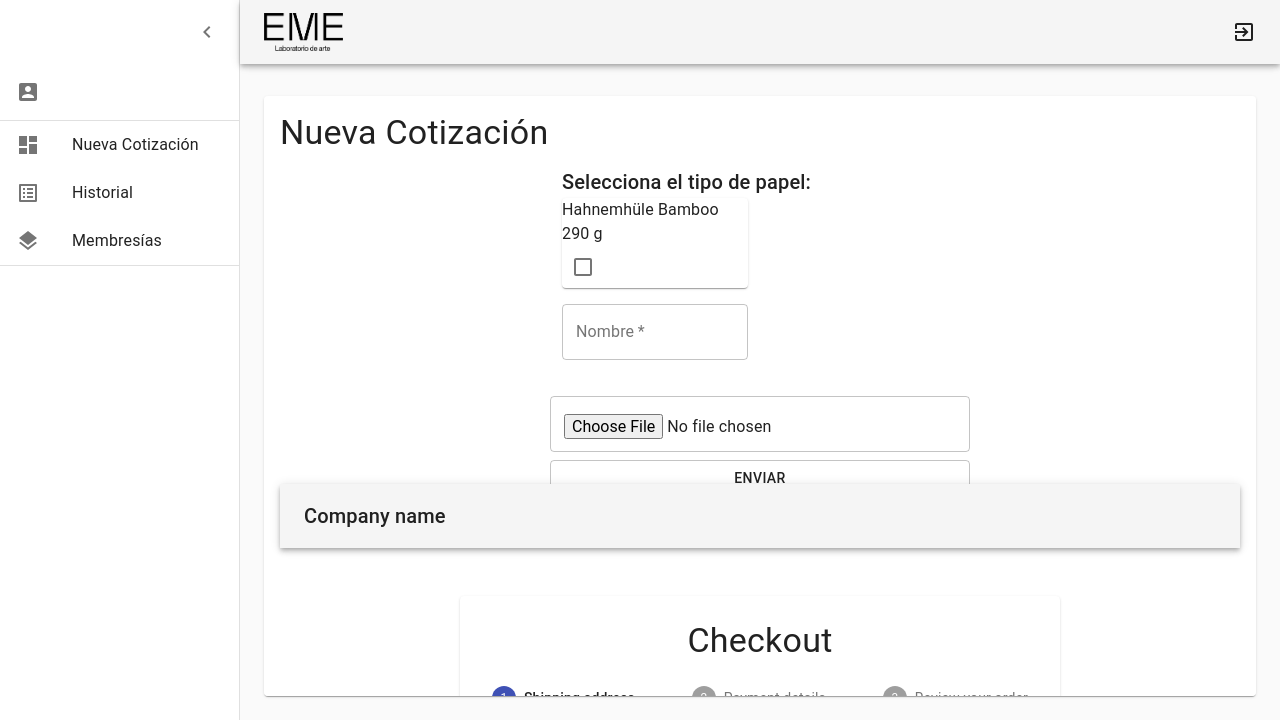
Repository: BrendaCarranco/eme-lab
Page: /Trabajo
These files come from the project's save history. The page is drawn as it stood at one moment and after the next save; the edit follows.
The browser window is 1280 px wide. The pictures show the whole page.
An inner scrolling area shows only its first screen. Some web libraries are served in a nearby version. The project was rebuilt for these pictures with package versions that can differ from the ones it lists, and the page was loaded fresh each time. Also part of the build but not shown: src/components/buildingPage/Building.js, src/temaConfig.js, src/components/buildingPage/Landing.js, src/components/login/Reset.js, src/components/Dashboard/Historial.js, src/components/Dashboard/Membresias.js, src/components/Dashboard/SizeForm.js, src/components/Dashboard/Review.js and 6 more.

Above is the page before, as saved 2020-08-30 19:30:48.

### public/index.html
<!DOCTYPE html>
<html lang="en">

<head>
  <meta charset="utf-8" />

  <meta name="viewport" content="width=device-width, initial-scale=1" />
  <meta name="theme-color" content="#000000" />
  <meta name="description" content="Web site created using create-react-app" />
  <link rel="icon" type="image/png" href="/eme-icon.png">


  </style>

  <!--
      manifest.json provides metadata used when your web app is installed on a
      user's mobile device or desktop. See https://developers.google.com/web/fundamentals/web-app-manifest/
    -->
  <link rel="manifest" href="%PUBLIC_URL%/manifest.json" />
  <!-- CSS only -->
  <link rel="stylesheet" href="https://stackpath.bootstrapcdn.com/bootstrap/4.5.2/css/bootstrap.min.css"
    integrity="sha384-JcKb8q3iqJ61gNV9KGb8thSsNjpSL0n8PARn9HuZOnIxN0hoP+VmmDGMN5t9UJ0Z" crossorigin="anonymous">

  <!--
      Notice the use of %PUBLIC_URL% in the tags above.
      It will be replaced with the URL of the `public` folder during the build.
      Only files inside the `public` folder can be referenced from the HTML.

      Unlike "/favicon.ico" or "favicon.ico", "%PUBLIC_URL%/favicon.ico" will
      work correctly both with client-side routing and a non-root public URL.
      Learn how to configure a non-root public URL by running `npm run build`.
    -->
  <title>EME Laboratorio de arte</title>
</head>

<body>
  <noscript>You need to enable JavaScript to run this app.</noscript>
  <div id="root"></div>
  <!--
      This HTML file is a template.
      If you open it directly in the browser, you will see an empty page.

      You can add webfonts, meta tags, or analytics to this file.
      The build step will place the bundled scripts into the <body> tag.

      To begin the development, run `npm start` or `yarn start`.
      To create a production bundle, use `npm run build` or `yarn build`.
    -->
  <!-- Compiled and minified JavaScript -->

  <script src="https://code.jquery.com/jquery-3.2.1.slim.min.js"
    integrity="sha384-KJ3o2DKtIkvYIK3UENzmM7KCkRr/rE9/Qpg6aAZGJwFDMVNA/GpGFF93hXpG5KkN"
    crossorigin="anonymous"></script>
  <script src="https://cdnjs.cloudflare.com/ajax/libs/popper.js/1.12.9/umd/popper.min.js"
    integrity="sha384-ApNbgh9B+Y1QKtv3Rn7W3mgPxhU9K/ScQsAP7hUibX39j7fakFPskvXusvfa0b4Q"
    crossorigin="anonymous"></script>
  <script src="https://maxcdn.bootstrapcdn.com/bootstrap/4.0.0/js/bootstrap.min.js"
    integrity="sha384-JZR6Spejh4U02d8jOt6vLEHfe/JQGiRRSQQxSfFWpi1MquVdAyjUar5+76PVCmYl"
    crossorigin="anonymous"></script>
</body>

</html>

### src/App.js
import React, { useEffect, useState, useContext } from 'react';
import { BrowserRouter, Switch, Route } from 'react-router-dom';
import { firebase } from './firebase';
import Building from './components/buildingPage/Building';
import Landing from './components/buildingPage/Landing';
import Reset from './components/login/Reset';
import Dashboard from './components/Dashboard/Dashboard';
import SignInSide from './components/login/SignInSide';
import Admin from './components/admin/Admin';

import { UserContext } from './context/UserProvider';
import NoMember from './components/Dashboard/NoMember';

function App() {

  const [firebaseUser, setFirebaseUser] = useState(null);
  const [fbName, setFbName] = useState('');
  const [fbMail, setFbMail] = useState('');
  const [usersFiles, setUsersFiles] = useState([]);


  const { userProvider } = useContext(UserContext);


  //Observador
  useEffect(() => {
    firebase.auth().onAuthStateChanged(user => {
      console.log(user);
      if (user) {
        setFbName(user.displayName);
        setFbMail(user.email);
        setFirebaseUser(user);
      } else {
        setFirebaseUser(null);
        return;
      }
    });
  }, [firebaseUser]);

  return (
    <BrowserRouter>
      <Switch>
        <Route exact path='/'>
          <Landing />
        </Route>
        {/*
        <Route path='/admin'>
          <Admin usersFiles={usersFiles} />
        </Route> */}

        <Route path='/dashboard'>

          {
            userProvider.role === 'Admin' && <Admin usersFiles={usersFiles} />
          }
          {
            userProvider.role === 'Miembro' && <Dashboard firebaseUser={firebaseUser} setUsersFiles={setUsersFiles} usersFiles={usersFiles} fbMail={fbMail} />
          }
          {
            userProvider.role === 'Invitado' && <NoMember />
          }



        </Route>

        <Route path='/signin'>
          <SignInSide />
        </Route>

        <Route path='/Admin'>
          <Admin />
        </Route>

        <Route path='/Trabajo'>
          <Dashboard />
        </Route>



      </Switch>
    </BrowserRouter>
  );
}

export default App;

### src/context/UserProvider.js
import React, { createContext, useEffect } from 'react';
import { useState } from 'react';
import { firebase } from '../firebase';

export const UserContext = createContext();

const UserProvider = (props) => {

    const dataInitialUser = {
        email: null,
        uid: null,
        role: 'Invitado',
        displayName: null
    };

    const [userProvider, setUserProvider] = useState(dataInitialUser);


    useEffect(() => {
        detectUser();
    }, []);

    const detectUser = () => {
        firebase.auth().onAuthStateChanged(user => {
            if (user) {
                console.log(user, 'user provider');
                user.getIdTokenResult()
                    .then(idTokenResult => {
                        console.log(idTokenResult, 'token');
                        if (!!idTokenResult.claims.Admin) {
                            console.log('es admin');
                            setUserProvider({
                                email: user.email,
                                uid: user.uid,
                                displayName: user.displayName,
                                role: 'Admin'

                            });
                        } else if (!!idTokenResult.claims.Member) {
                            console.log('es miembro');
                            setUserProvider({
                                email: user.email,
                                uid: user.uid,
                                displayName: user.displayName,
                                role: 'Miembro'
                            });
                        } else {
                            console.log('es invitado');
                            setUserProvider({
                                email: user.email,
                                uid: user.uid,
                                displayName: user.displayName,
                                role: 'Invitado'

                            });
                        }
                    }
                    );

            } else {
                console.log(user, 'user provider null');
            }
        });
    };

    const userRegister = async (email, password, name) => {
        try {
            const res = await firebase.auth().createUserWithEmailAndPassword(email, password);
            const collection = await firebase.firestore().collection('usuarios').doc(res.user.email).get();

            if (!collection.exists) {
                await firebase.firestore().collection('usuarios').doc(res.user.email).set({
                    email: res.user.email,
                    uid: res.user.uid,
                    role: 'Invitado',
                    displayName: name
                });
                let current = firebase.auth().currentUser;
                current.updateProfile({
                    displayName: name
                });

            }

        } catch (error) {
            console.log(error);
        }
        firebase.auth().signOut();
    };

    return (
        <UserContext.Provider value={{ userProvider, userRegister }} >
            {props.children}
        </UserContext.Provider>
    );
};

export default UserProvider;

### src/firebase.js
import firebase from 'firebase/app';
import 'firebase/auth';
import 'firebase/firestore';
import 'firebase/storage';
import 'firebase/functions';

const firebaseConfig = {
    apiKey: "AIzaSyB1b8DSEsphXC6iROi09Go8DnzwT9N6RYY",
    authDomain: "eme-lab.firebaseapp.com",
    databaseURL: "https://eme-lab.firebaseio.com",
    projectId: "eme-lab",
    storageBucket: "eme-lab.appspot.com",
    messagingSenderId: "906776180001",
    appId: "1:906776180001:web:939db4508539931fda3a60"
};
// Initialize Firebase
firebase.initializeApp(firebaseConfig);

export { firebase };

### src/components/Dashboard/Cotizacion.js
import React, { useState } from 'react';
import { firebase } from '../../firebase';
import moment from 'moment';
import 'moment/locale/es';

import Container from '@material-ui/core/Container';
import { makeStyles } from '@material-ui/core/styles';
import Typography from '@material-ui/core/Typography';
import Title from './Title';
import TextField from '@material-ui/core/TextField';
import Button from '@material-ui/core/Button';
import Grid from '@material-ui/core/Grid';
import Paper from '@material-ui/core/Paper';
import Checkbox from '@material-ui/core/Checkbox';

const useStyles = makeStyles({
  depositContext: {
    flex: 1,
  },
});

const Cotizacion = ({ firebaseUser, setUsersFiles, usersFiles }) => {
  const [fileUrl, setFileUrl] = useState(null);
  const [input, setInput] = useState('');
  //const [usersFiles, setUsersFiles] = useState([]);

  let time = Date.now();
  let timeFormat = moment(time).format('LLL');

  const handleChangeFile = async e => {
    const file = e.target.files[0];
    const storageRef = firebase.storage().ref('Cotizaciones').child(firebaseUser.email);
    const fileRef = storageRef.child(file.name);
    await fileRef.put(file);
    setFileUrl(await fileRef.getDownloadURL());
  };

  const handleSubmit = e => {
    e.preventDefault();
    //console.log('submit');

    const username = e.target.username.value;
    setInput(username);
    if (!username) {
      return;
    }

    const newUserFile = {
      name: username,
      fileLink: fileUrl,
      date: timeFormat,
      email: firebaseUser.email,
      user: firebaseUser.displayName,
      status: 'Pendiente'
    };
    //esta sube la imegen
    firebase.firestore().collection('files').doc().set(newUserFile);
    setUsersFiles([
      ...usersFiles,
      { ...newUserFile }

    ]);
    setInput('');
    setFileUrl('');
    return alert('archivo subido');
  };

  /*   const emailUpdate = async () => {
      const a = await firebase.auth().onAuthStateChanged(function (user) {
        if (user) {
          setUserEmail(user.email);
          return;
          // User is signed in.
        } else {
          return;
        }
      });
    };
    emailUpdate();

    useEffect(() => {
      const fetchUsersFiles = async () => {
        const usersFilesCollection = await firebase.firestore().collection('files').where("email", "==", userEmail).get();
        setUsersFiles(usersFilesCollection.docs.map(doc => {
          return doc.data();
        }));
      };
      fetchUsersFiles();
    }, [setUsersFiles, userEmail]);

    console.log(usersFiles); */


  return (
    <React.Fragment>
      <Title>Nueva Cotización</Title>
      <Container maxWidth="xs">
        <Typography variant="h6" color="initial">
          Selecciona el tipo de papel:
       </Typography>
        <form onSubmit={handleSubmit}>
        <Grid container spacing={3}>
          <Grid item xs={12} sm={6}>
          <Paper>
            <Typography>
              Hahnemhüle Bamboo  290 g
            </Typography>
            <Checkbox

      />

          </Paper>
          <TextField
            variant="outlined"
            margin="normal"
            required
            fullWidth
            id="outlined-basic"
            label="Nombre"
            name='username'
            onChange={e => setInput(e.target.value)}
            value={input}

          />
          </Grid>
          <TextField
            variant="outlined"
            margin="normal"
            required
            fullWidth
            id="outlined-basic"
            name='file'
            type='file'
            onChange={handleChangeFile}
          />
          <Button
            type="submit"
            fullWidth
            variant="outlined"
            color="default"
          >Enviar</Button>


          </Grid>
        </form>
      </Container>
    </React.Fragment>


  );
};

export default Cotizacion;

### src/components/Dashboard/Checkout.js
import React from 'react';
import { makeStyles } from '@material-ui/core/styles';
import CssBaseline from '@material-ui/core/CssBaseline';
import AppBar from '@material-ui/core/AppBar';
import Toolbar from '@material-ui/core/Toolbar';
import Paper from '@material-ui/core/Paper';
import Stepper from '@material-ui/core/Stepper';
import Step from '@material-ui/core/Step';
import StepLabel from '@material-ui/core/StepLabel';
import Button from '@material-ui/core/Button';
import Link from '@material-ui/core/Link';
import Typography from '@material-ui/core/Typography';
import PaperForm from './PaperForm';
import SizeForm from './SizeForm';
import Review from './Review';

function Copyright() {
  return (
    <Typography variant="body2" color="textSecondary" align="center">
      {'Copyright © '}
      <Link color="inherit" href="https://material-ui.com/">
        Your Website
      </Link>{' '}
      {new Date().getFullYear()}
      {'.'}
    </Typography>
  );
}

const useStyles = makeStyles((theme) => ({
  appBar: {
    position: 'relative',
  },
  layout: {
    width: 'auto',
    marginLeft: theme.spacing(2),
    marginRight: theme.spacing(2),
    [theme.breakpoints.up(600 + theme.spacing(2) * 2)]: {
      width: 600,
      marginLeft: 'auto',
      marginRight: 'auto',
    },
  },
  paper: {
    marginTop: theme.spacing(3),
    marginBottom: theme.spacing(3),
    padding: theme.spacing(2),
    [theme.breakpoints.up(600 + theme.spacing(3) * 2)]: {
      marginTop: theme.spacing(6),
      marginBottom: theme.spacing(6),
      padding: theme.spacing(3),
    },
  },
  stepper: {
    padding: theme.spacing(3, 0, 5),
  },
  buttons: {
    display: 'flex',
    justifyContent: 'flex-end',
  },
  button: {
    marginTop: theme.spacing(3),
    marginLeft: theme.spacing(1),
  },
}));

const steps = ['Shipping address', 'Payment details', 'Review your order'];

function getStepContent(step) {
  switch (step) {
    case 0:
      return <PaperForm />;
    case 1:
      return <SizeForm />;
    case 2:
      return <Review />;
    default:
      throw new Error('Unknown step');
  }
}

export default function Checkout() {
  const classes = useStyles();
  const [activeStep, setActiveStep] = React.useState(0);

  const handleNext = () => {
    setActiveStep(activeStep + 1);
  };

  const handleBack = () => {
    setActiveStep(activeStep - 1);
  };

  return (
    <React.Fragment>
      <CssBaseline />
      <AppBar position="absolute" color="default" className={classes.appBar}>
        <Toolbar>
          <Typography variant="h6" color="inherit" noWrap>
            Company name
          </Typography>
        </Toolbar>
      </AppBar>
      <main className={classes.layout}>
        <Paper className={classes.paper}>
          <Typography component="h1" variant="h4" align="center">
            Checkout
          </Typography>
          <Stepper activeStep={activeStep} className={classes.stepper}>
            {steps.map((label) => (
              <Step key={label}>
                <StepLabel>{label}</StepLabel>
              </Step>
            ))}
          </Stepper>
          <React.Fragment>
            {activeStep === steps.length ? (
              <React.Fragment>
                <Typography variant="h5" gutterBottom>
                  Thank you for your order.
                </Typography>
                <Typography variant="subtitle1">
                  Your order number is #2001539. We have emailed your order confirmation, and will
                  send you an update when your order has shipped.
                </Typography>
              </React.Fragment>
            ) : (
              <React.Fragment>
                {getStepContent(activeStep)}
                <div className={classes.buttons}>
                  {activeStep !== 0 && (
                    <Button onClick={handleBack} className={classes.button}>
                      Back
                    </Button>
                  )}
                  <Button
                    variant="contained"
                    color="primary"
                    onClick={handleNext}
                    className={classes.button}
                  >
                    {activeStep === steps.length - 1 ? 'Place order' : 'Next'}
                  </Button>
                </div>
              </React.Fragment>
            )}
          </React.Fragment>
        </Paper>
        <Copyright />
      </main>
    </React.Fragment>
  );
}

### src/components/Dashboard/Title.js

import React from 'react';
import PropTypes from 'prop-types';
import Typography from '@material-ui/core/Typography';

export default function Title(props) {
  return (
    <Typography component="h2" variant="h4" color="default" gutterBottom>
      {props.children}
    </Typography>
  );
}

Title.propTypes = {
  children: PropTypes.node,
};

### src/components/Dashboard/PaperForm.js
import React, { useState }  from 'react';
import { firebase } from '../../firebase';
import moment from 'moment';
import 'moment/locale/es';

import Grid from '@material-ui/core/Grid';
import Typography from '@material-ui/core/Typography';
import TextField from '@material-ui/core/TextField';
import FormControlLabel from '@material-ui/core/FormControlLabel';
import Checkbox from '@material-ui/core/Checkbox';

export default function PaperForm({ firebaseUser, setUsersFiles, usersFiles }) {
    const [fileUrl, setFileUrl] = useState(null);
    const [input, setInput] = useState('');


    let time = Date.now();
    let timeFormat = moment(time).format('LLL');

    const handleChangeFile = async e => {
      const file = e.target.files[0];
      const storageRef = firebase.storage().ref('Cotizaciones').child(firebaseUser.email);
      const fileRef = storageRef.child(file.name);
      await fileRef.put(file);
      setFileUrl(await fileRef.getDownloadURL());
    };

    const handleSubmit = e => {
      e.preventDefault();
      //console.log('submit');

      const username = e.target.username.value;
      setInput(username);
      if (!username) {
        return;
      }

      const newUserFile = {
        name: username,
        fileLink: fileUrl,
        date: timeFormat,
        email: firebaseUser.email,
        user: firebaseUser.displayName,
        status: 'Pendiente'
      };
      //esta sube la imegen
      firebase.firestore().collection('files').doc().set(newUserFile);
      setUsersFiles([
        ...usersFiles,
        { ...newUserFile }

      ]);
      setInput('');
      setFileUrl('');
      return alert('archivo subido');
    };
  return (
    <React.Fragment>
      <Typography variant="h6" gutterBottom>
        Llena el formulario
      </Typography>
      <Grid container spacing={3}>
        <Grid item xs={12} sm={12}>
          <TextField
             variant="outlined"
             margin="normal"
             required
             fullWidth
             id="outlined-basic"
             label="Nombre"
             name='username'
             onChange={e => setInput(e.target.value)}
             value={input}
          />
           <TextField
            variant="outlined"
            margin="normal"
            required
            fullWidth
            id="outlined-basic"
            name='file'
            type='file'
            onChange={handleChangeFile}
          />
        </Grid>
        <Typography variant="h6" gutterBottom>
        Selecciona el tipo de papel.
      </Typography>
      <Grid item xs={12} sm={12}>

      </Grid>

      </Grid>
    </React.Fragment>
  );
}

Loaded but not shown: src/index.js (common file); src/index.css (common file); src/serviceWorker.js (common file); src/components/Dashboard/Dashboard.js (298 lines, source omitted)

After the next save:
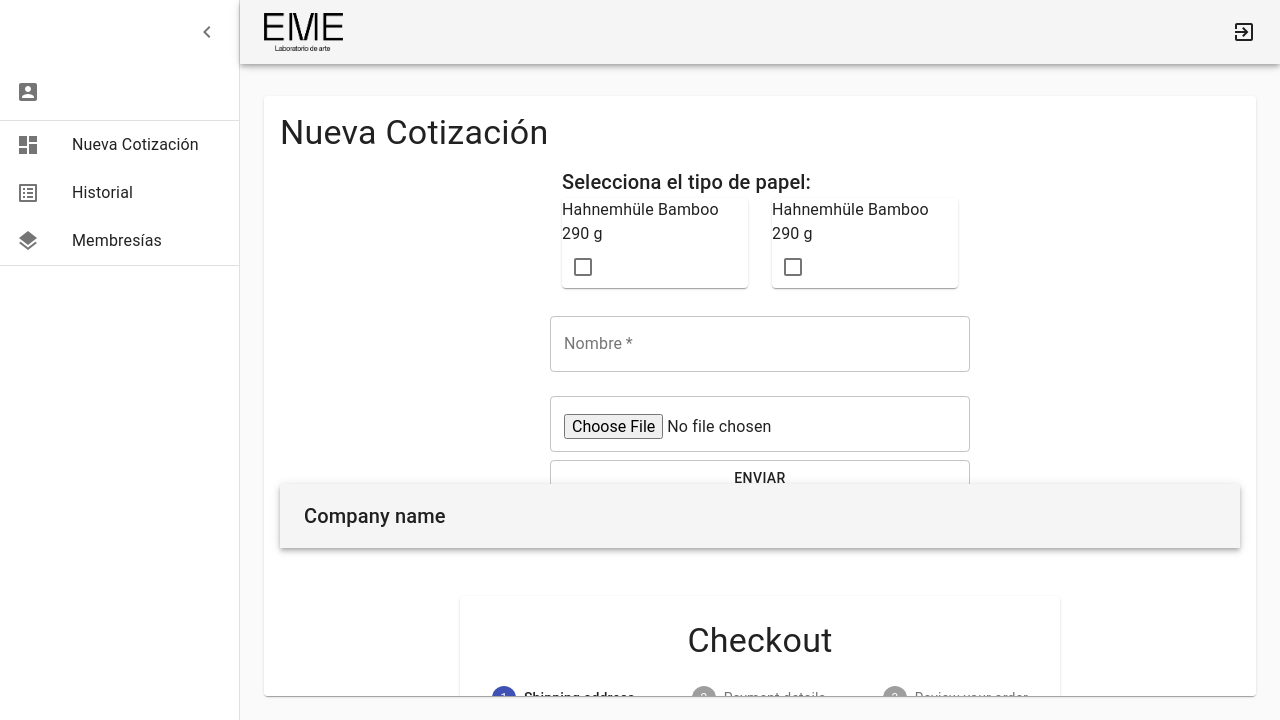
Saved 39 s later.
--- a/src/components/Dashboard/Cotizacion.js
+++ b/src/components/Dashboard/Cotizacion.js
@@ -105,11 +105,17 @@ const Cotizacion = ({ firebaseUser, setUsersFiles, usersFiles }) => {
             <Typography>
               Hahnemhüle Bamboo  290 g
             </Typography>
-            <Checkbox
-
-      />
-
+            <Checkbox/>
           </Paper>
+          </Grid>
+          <Grid item xs={12} sm={6}>
+          <Paper>
+            <Typography>
+              Hahnemhüle Bamboo  290 g
+            </Typography>
+            <Checkbox/>
+          </Paper>
+          </Grid>
           <TextField
             variant="outlined"
             margin="normal"
@@ -122,7 +128,7 @@ const Cotizacion = ({ firebaseUser, setUsersFiles, usersFiles }) => {
             value={input}
 
           />
-          </Grid>
+
           <TextField
             variant="outlined"
             margin="normal"
